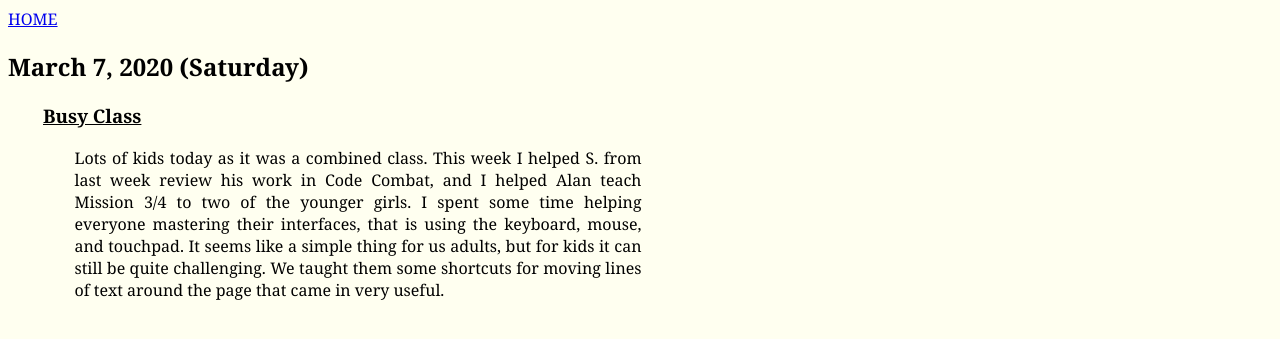
Repository: chocochocosensei/Mission-Exercises
Page: page2/index.html
These files come from the project's save history. The page is drawn as it stood at one moment and after the next save; the edit follows.
The browser window is 1280 px wide. The pictures show the whole page.

Above is the page before, as saved 2020-03-10 18:31:16.

After the next save:
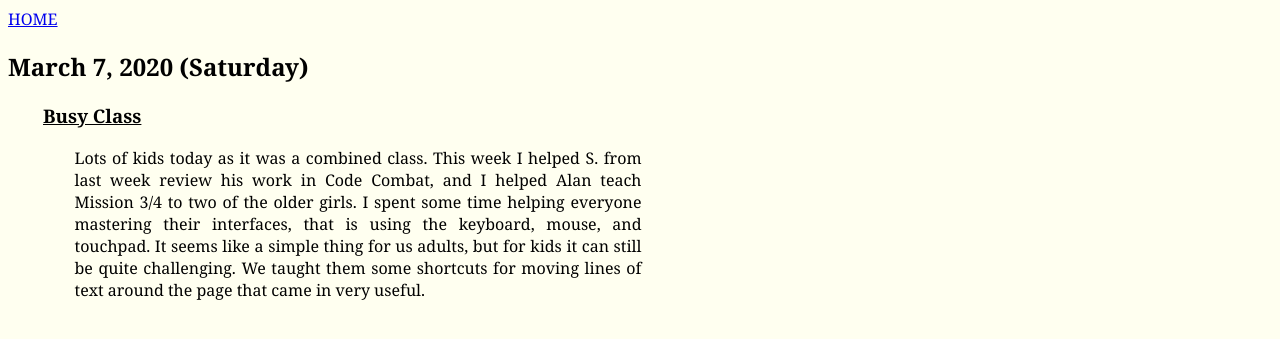
Saved 67 s later.
--- a/page2/index.html
+++ b/page2/index.html
@@ -24,9 +24,9 @@
                     <h3 id="busy-class">Busy Class</h3>
                 </div>
                 <div class="content">
-                    <p>Lots of kids today as it was a combined class. This week I helped S. from last week review his work in Code Combat, and I helped Alan teach Mission 3/4 to two of the younger girls. I spent some time helping everyone mastering their
-                        interfaces, that is using the keyboard, mouse, and touchpad. It seems like a simple thing for us adults, but for kids it can still be quite challenging. We taught them some shortcuts for moving lines of text around the page that
-                        came in very useful.</p>
+                    <p>Lots of kids today as it was a combined class. This week I helped S. from last week review his work in Code Combat, and I helped Alan teach Mission 3/4 to two of the older girls. I spent some time helping everyone mastering their interfaces,
+                        that is using the keyboard, mouse, and touchpad. It seems like a simple thing for us adults, but for kids it can still be quite challenging. We taught them some shortcuts for moving lines of text around the page that came in very
+                        useful.</p>
                 </div>
             </div>
 
